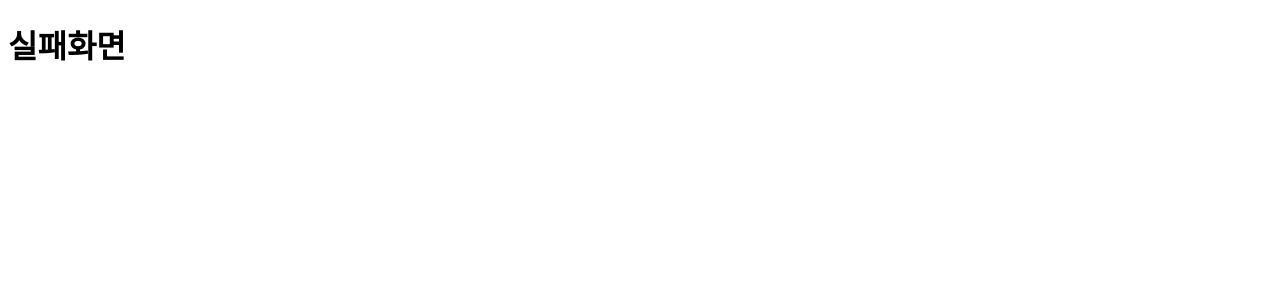
Repository: loseminho/khAcademy-Study
Page: http://localhost/02_SpringMVC_CRUD/join.do
These files come from the project's save history. The page is drawn as it stood at one moment and after the next save; the edit follows.
The browser window is 1280 px wide. The pictures show the whole page.
The page is served by Tomcat 9. Other server files are loaded and not shown. Queries for data that is not in the repository find no rows.

Above is the page before, as saved 2022-09-30 03:05:05.

### spring/workspace-sts-3.9.13.RELEASE/02_SpringMVC_CRUD/src/main/webapp/WEB-INF/views/member/joinFail.jsp
<%@ page language="java" contentType="text/html; charset=UTF-8"
    pageEncoding="UTF-8"%>
<!DOCTYPE html>
<html>
<head>
<meta charset="UTF-8">
<title>Insert title here</title>
</head>
<body>
	<h1>실패화면</h1>
</body>
</html>

After the next save:
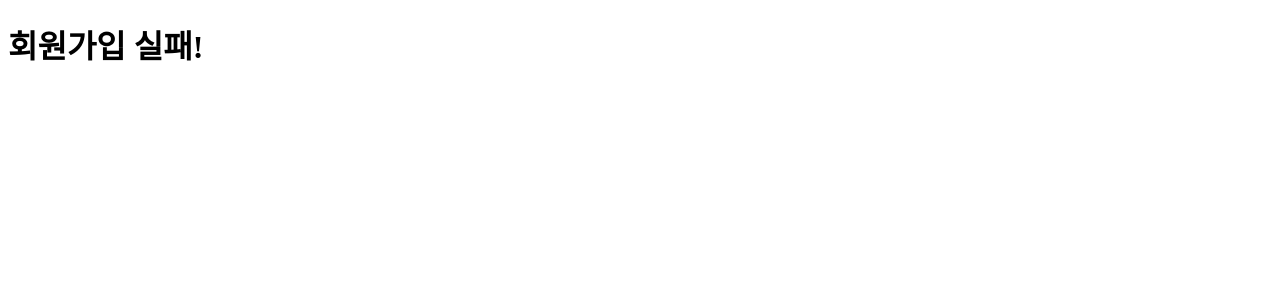
Saved 4 min 52 s later.
--- a/spring/workspace-sts-3.9.13.RELEASE/02_SpringMVC_CRUD/src/main/webapp/WEB-INF/views/member/joinFail.jsp
+++ b/spring/workspace-sts-3.9.13.RELEASE/02_SpringMVC_CRUD/src/main/webapp/WEB-INF/views/member/joinFail.jsp
@@ -7,6 +7,6 @@
 <title>Insert title here</title>
 </head>
 <body>
-	<h1>실패화면</h1>
+	<h1>회원가입 실패!</h1>
 </body>
 </html>
